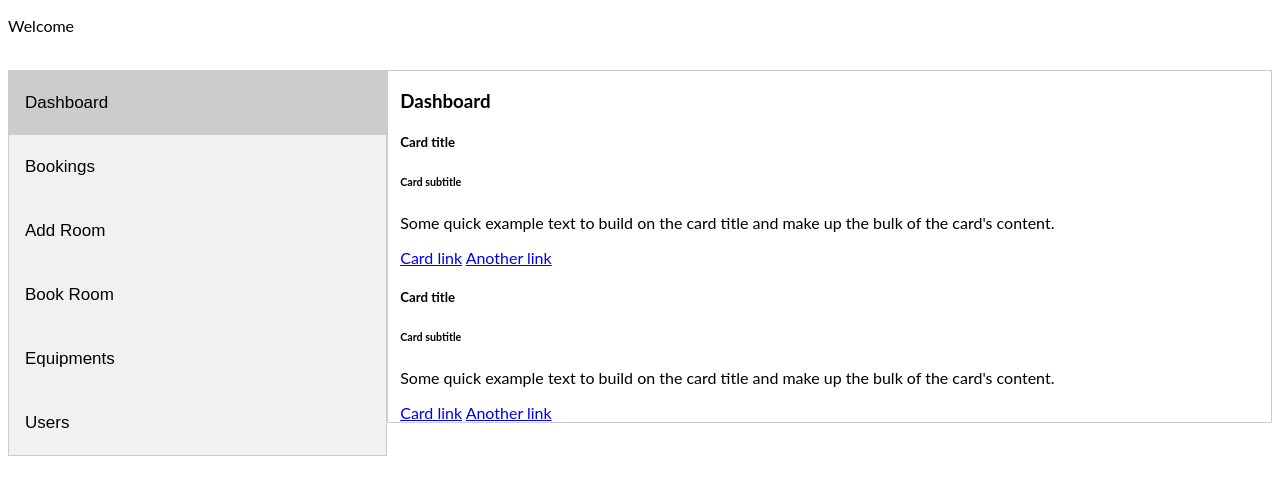
Repository: abhi608/visa_tutorial
Page: meetingroomapp/src/main/resources/static/dashboardView.html
The author's editor kept a copy of each file at every save. The page is drawn from the files as they stood at one save, then again after the next save.
The browser window is 1280 px wide. The pictures show the whole page.

Above is the page before, as saved 2018-08-07 06:38:21.

### meetingroomapp/src/main/resources/static/dashboardView.html
<!DOCTYPE html>
<html>
<head>
<meta name="viewport" content="width=device-width, initial-scale=1">
<style>
* {box-sizing: border-box}
body {font-family: "Lato", sans-serif;}

/* Style the tab */
.tab {
    float: left;
    border: 1px solid #ccc;
    background-color: #f1f1f1;
    width: 30%;
    /*height: 300px;*/
}

/* Style the buttons inside the tab */
.tab button {
    display: block;
    background-color: inherit;
    color: black;
    padding: 22px 16px;
    width: 100%;
    border: none;
    outline: none;
    text-align: left;
    cursor: pointer;
    transition: 0.3s;
    font-size: 17px;
}

/* Change background color of buttons on hover */
.tab button:hover {
    background-color: #ddd;
}

/* Create an active/current "tab button" class */
.tab button.active {
    background-color: #ccc;
}

/* Style the tab content */
.tabcontent {
    float: left;
    padding: 0px 12px;
	border: 1px solid #ccc;
    width: 70%;
    border-left: 1px solid #ccc ;
    border-bottom: 1px solid #ccc;
    /* height: 300px;*/
}
</style>
</head>
<body>

<p>Welcome </p><br />


<div class="tab">
  <button class="tablinks" onclick="openCity(event, 'Dashboard')" id="defaultOpen">Dashboard</button>
  <button class="tablinks" onclick="openCity(event, 'Bookings')">Bookings</button>
  <button class="tablinks" onclick="openCity(event, 'AddRoom')">Add Room</button>
  <button class="tablinks" onclick="openCity(event, 'BookRoom')">Book Room</button>
  <button class="tablinks" onclick="openCity(event, 'Equipments')">Equipments</button>
  <button class="tablinks" onclick="openCity(event, 'Users')">Users</button>
</div>

<div id="Dashboard" class="tabcontent">
  <h3>Dashboard</h3>
  <div class="row">
  	<div clas="col-sm-4">
	  	<div class="card col-sm-4">
		  <div class="card-body">
		    <h5 class="card-title">Card title</h5>
		    <h6 class="card-subtitle mb-2 text-muted">Card subtitle</h6>
		    <p class="card-text">Some quick example text to build on the card title and make up the bulk of the card's content.</p>
		    <a href="#" class="card-link">Card link</a>
		    <a href="#" class="card-link">Another link</a>
		  </div>
		</div>
	</div>

	<div clas="col-sm-4">
	  	<div class="card">
		  <div class="card-body">
		    <h5 class="card-title">Card title</h5>
		    <h6 class="card-subtitle mb-2 text-muted">Card subtitle</h6>
		    <p class="card-text">Some quick example text to build on the card title and make up the bulk of the card's content.</p>
		    <a href="#" class="card-link">Card link</a>
		    <a href="#" class="card-link">Another link</a>
		  </div>
		</div>
	</div>
  </div>
</div>

<div id="Bookings" class="tabcontent">
  <h3>Bookings</h3>
  <p>Show Bookings</p>
</div>

<div id="AddRoom" class="tabcontent">
  <h3>Add Room</h3>
  <p>Add a new room</p>
</div>

<div id="BookRoom" class="tabcontent">
  <h3>Book a room</h3>
  <p>This will book a room</p>
</div>

<div id="Equipments" class="tabcontent">
  <h3>Equipments</h3>
  <p>Show Equipments</p>
</div>

<div id="Users" class="tabcontent">
  <h3>Users</h3>
  <p>Show all the rooms</p>
</div>




<script>
function openCity(evt, cityName) {
    var i, tabcontent, tablinks;
    tabcontent = document.getElementsByClassName("tabcontent");
    for (i = 0; i < tabcontent.length; i++) {
        tabcontent[i].style.display = "none";
    }
    tablinks = document.getElementsByClassName("tablinks");
    for (i = 0; i < tablinks.length; i++) {
        tablinks[i].className = tablinks[i].className.replace(" active", "");
    }
    document.getElementById(cityName).style.display = "block";
    evt.currentTarget.className += " active";
}

// Get the element with id="defaultOpen" and click on it
document.getElementById("defaultOpen").click();
</script>

</body>
</html>

After the next save:
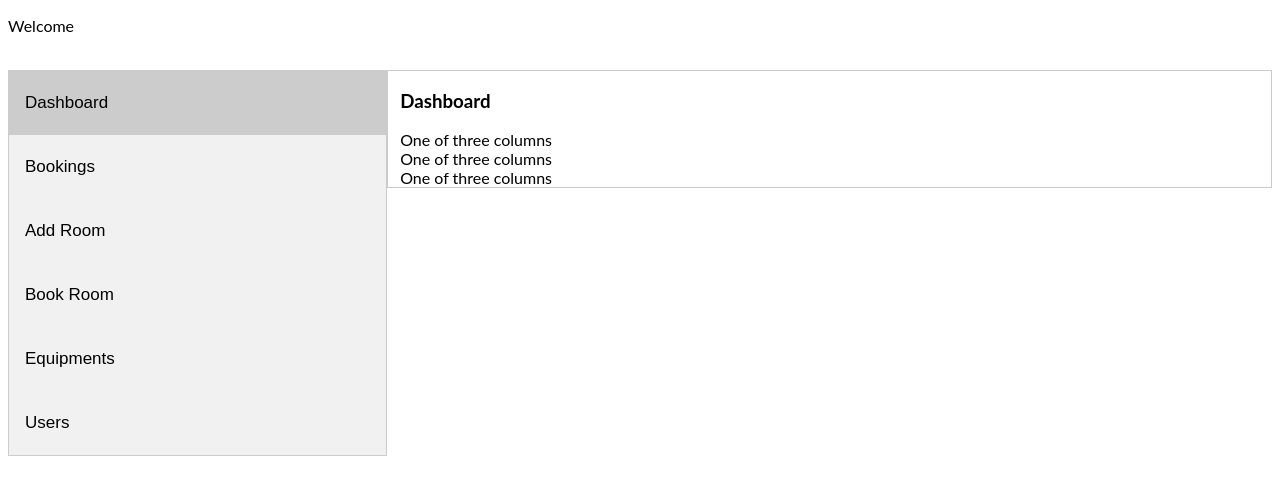
Saved 2 min 49 s later.
--- a/meetingroomapp/src/main/resources/static/dashboardView.html
+++ b/meetingroomapp/src/main/resources/static/dashboardView.html
@@ -68,31 +68,19 @@ body {font-family: "Lato", sans-serif;}
 
 <div id="Dashboard" class="tabcontent">
   <h3>Dashboard</h3>
+  <div class="container">
   <div class="row">
-  	<div clas="col-sm-4">
-	  	<div class="card col-sm-4">
-		  <div class="card-body">
-		    <h5 class="card-title">Card title</h5>
-		    <h6 class="card-subtitle mb-2 text-muted">Card subtitle</h6>
-		    <p class="card-text">Some quick example text to build on the card title and make up the bulk of the card's content.</p>
-		    <a href="#" class="card-link">Card link</a>
-		    <a href="#" class="card-link">Another link</a>
-		  </div>
-		</div>
-	</div>
-
-	<div clas="col-sm-4">
-	  	<div class="card">
-		  <div class="card-body">
-		    <h5 class="card-title">Card title</h5>
-		    <h6 class="card-subtitle mb-2 text-muted">Card subtitle</h6>
-		    <p class="card-text">Some quick example text to build on the card title and make up the bulk of the card's content.</p>
-		    <a href="#" class="card-link">Card link</a>
-		    <a href="#" class="card-link">Another link</a>
-		  </div>
-		</div>
-	</div>
+    <div class="col-sm">
+      One of three columns
+    </div>
+    <div class="col-sm">
+      One of three columns
+    </div>
+    <div class="col-sm">
+      One of three columns
+    </div>
   </div>
+</div>
 </div>
 
 <div id="Bookings" class="tabcontent">
